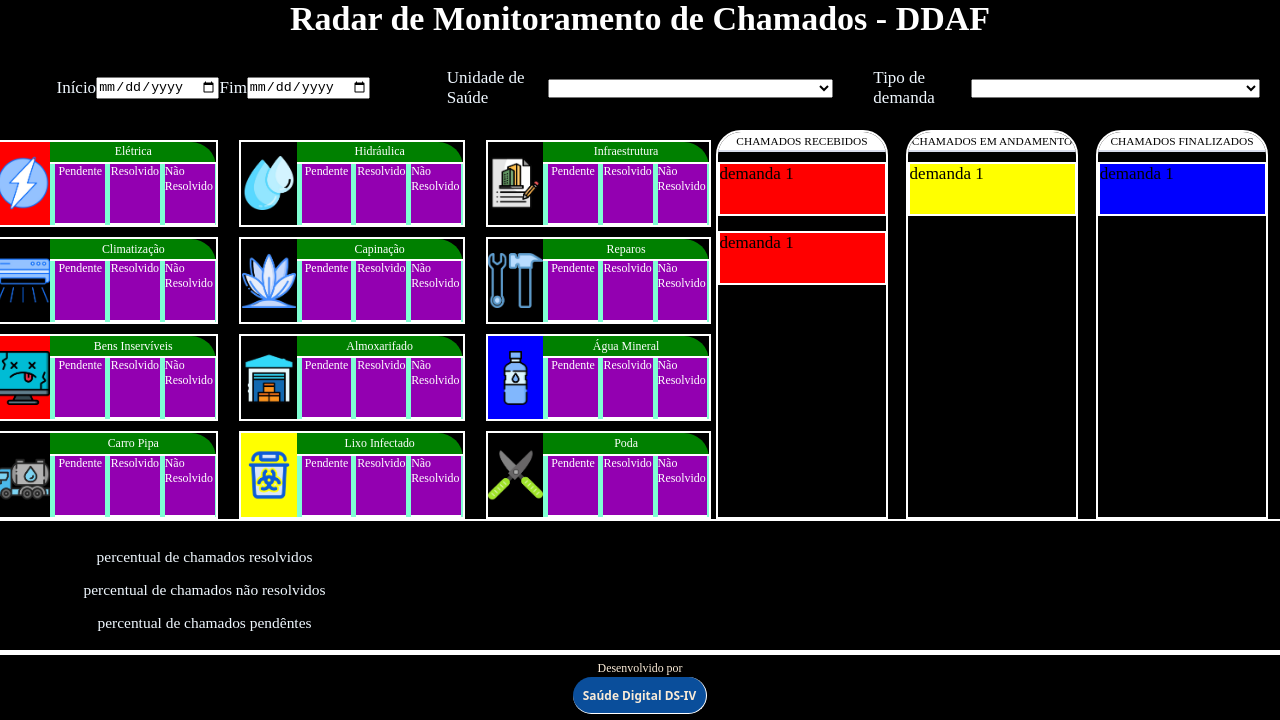
Repository: br-on/ddaf-chamados
Page: index.html
These files come from the project's save history. The page is drawn as it stood at one moment and after the next save; the edit follows.
The browser window is 1280 px wide. The pictures show the whole page.
The page's requests for data from a server got no answer.

Above is the page before, as saved 2025-01-26 04:59:32.

After the next save:
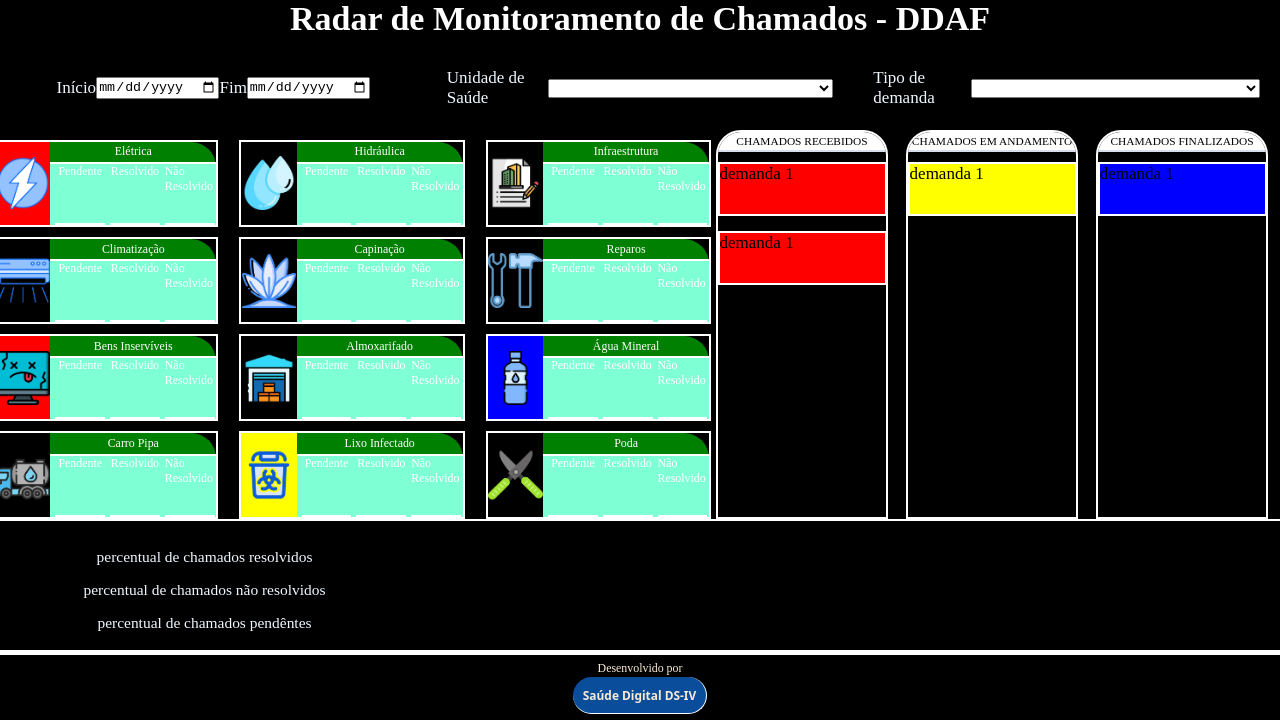
Saved 7 min 17 s later.
--- a/style.css
+++ b/style.css
@@ -156,7 +156,6 @@ footer {
     background-color: aquamarine;
 }
 .caixa-finalizado {
-    background-color: rgb(147, 0, 177);
     display: flex;
     flex-direction: column;
     align-items: center;
